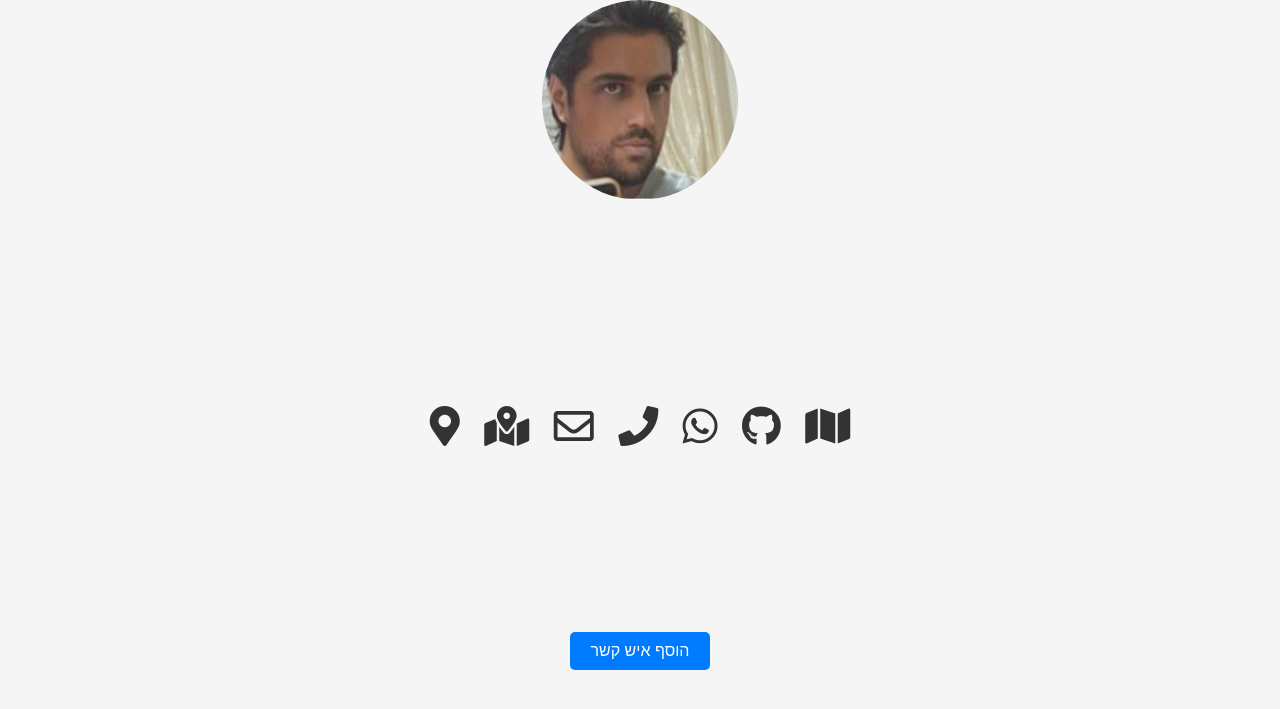
Repository: RL20/Business-Card
Page: index.html
These files come from the project's save history. The page is drawn as it stood at one moment and after the next save; the edit follows.
The browser window is 1280 px wide. The pictures show the whole page.

Above is the page before, as saved 2024-05-15 03:37:21.

After the next save:
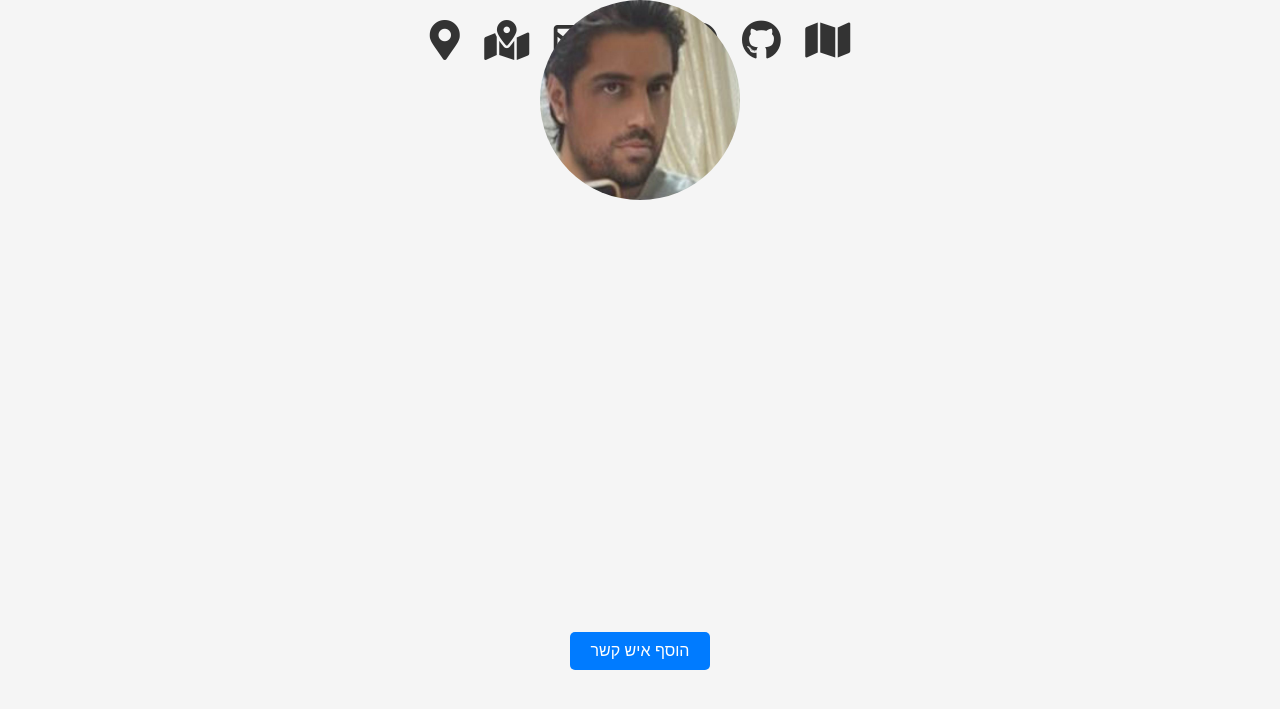
Saved 5 s later.
--- a/index.html
+++ b/index.html
@@ -49,7 +49,7 @@
         background-color: #0056b3;
       }
       .profile-img {
-        position: absolute
+        position: absolute;
         width: 200px;
         height: 200px;
         overflow: hidden;
